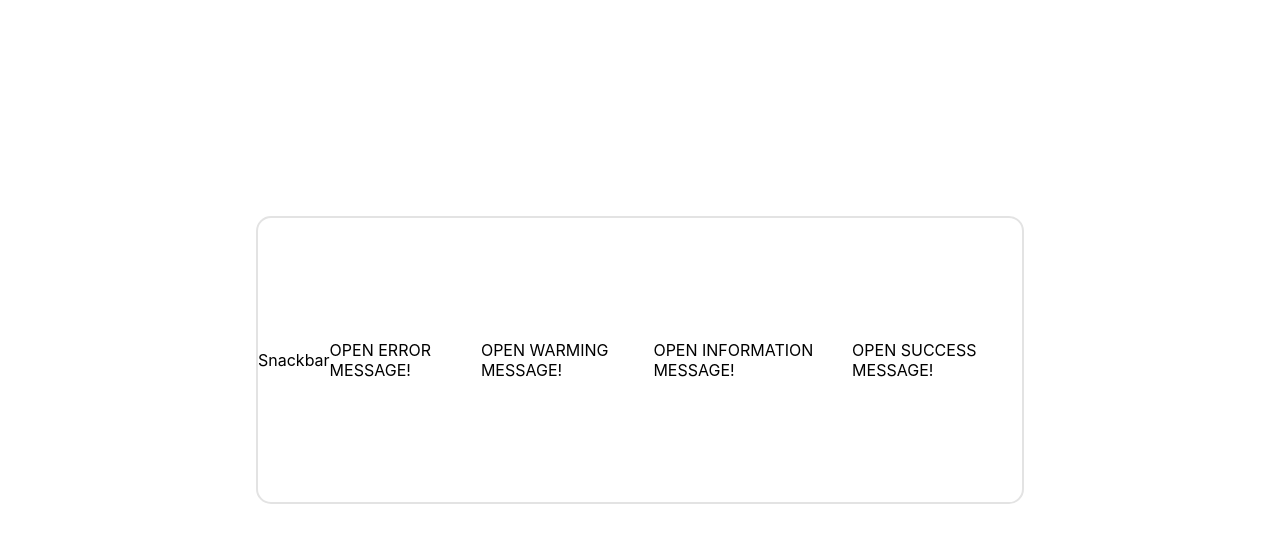
Repository: KrzysKolo/sr_tydzien5_zad2
Page: /
These files come from the project's save history. The page is drawn as it stood at one moment and after the next save; the edit follows.
The browser window is 1280 px wide. The pictures show the whole page.
The project was rebuilt for these pictures with package versions that can differ from the ones it lists, and the page was loaded fresh each time.

Above is the page before, as saved 2020-12-21 16:37:43.

### public/index.html
<!DOCTYPE html>
<html lang="en">
  <head>
    <meta charset="utf-8" />
    <link rel="icon" href="%PUBLIC_URL%/favicon.ico" />
    <meta name="viewport" content="width=device-width, initial-scale=1" />
    <meta name="theme-color" content="#000000" />
    <meta
      name="description"
      content="Web site created using create-react-app"
    />
    <link rel="apple-touch-icon" href="%PUBLIC_URL%/logo192.png" />
    <!--
      manifest.json provides metadata used when your web app is installed on a
      user's mobile device or desktop. See https://developers.google.com/web/fundamentals/web-app-manifest/
    -->
    <link rel="manifest" href="%PUBLIC_URL%/manifest.json" />
    <!--
      Notice the use of %PUBLIC_URL% in the tags above.
      It will be replaced with the URL of the `public` folder during the build.
      Only files inside the `public` folder can be referenced from the HTML.

      Unlike "/favicon.ico" or "favicon.ico", "%PUBLIC_URL%/favicon.ico" will
      work correctly both with client-side routing and a non-root public URL.
      Learn how to configure a non-root public URL by running `npm run build`.
    -->
    <title>Zad 2 - snackbar</title>
  </head>
  <body>
    <noscript>You need to enable JavaScript to run this app.</noscript>
    <div id="root"></div>
    <!--
      This HTML file is a template.
      If you open it directly in the browser, you will see an empty page.

      You can add webfonts, meta tags, or analytics to this file.
      The build step will place the bundled scripts into the <body> tag.

      To begin the development, run `npm start` or `yarn start`.
      To create a production bundle, use `npm run build` or `yarn build`.
    -->
  </body>
</html>

### src/App.js
import React from 'react';
import Buttons from './components/Buttons';
import './App.css';
const App = () => {
  return (
    <div className="wrapper--btn">
      Snackbar
      <Buttons />
    </div>
  )
}

export default App;

### src/components/Buttons.js
import React from 'react';
import PaletColors from './../colors/PaletColors';
import ButtonsData from './../data/ButtonsData';
import Button from './Button';

const Buttons = () => {
    return (
        <>
            {ButtonsData.map(button =>
                <Button key={button.id} data={button} />
            )}
        </>
    )
}

export default Buttons;

### src/App.css
* {
  box-sizing: border-box;
  margin: 0;
  position: relative;
}
body {
  width: 100vw;
  height: 100vh;
  display: flex;
  flex-direction: row;
  justify-content: center;
  align-items: center;
}
.wrapper--btn {
  border: 2px solid #e3e3e3;
  border-radius: 15px;
  width: 60vw;
  height: 40vh;
  display: flex;
  flex-direction: row;
  justify-content: center;
  align-items: center;
}

### src/colors/PaletColors.js
const PaletColors = {
    "red": "rgb(244, 67, 54)",
    "orange": "rgb(255, 152, 0)",
    "blue": "rgb(33, 150, 243)",
    "green": "rgb(76, 175, 80)",
    "maroon": "rgb(124, 0, 0)",
    "navy": "rgb(44, 44, 96)",
    "white": "rgb(240, 239, 244)",
    "black": "rgb(0, 0, 0)",
};

  export default PaletColors;

### src/data/ButtonsData.js
const ButtonsData = [
    {
      id: 0,
      name: "OPEN ERROR MESSAGE!",
      event: "handleClickError",
      color: "PaletColor.red",
      icon: "faExclanationCircle"
    },
    {
      id: 1,
      name: "OPEN WARMING MESSAGE!",
      event: "handleClickWarming",
      color: "PaletColor.orange",
      icon: "faExclanationTriangle",
    },
    {
      id: 2,
      name: "OPEN INFORMATION MESSAGE!",
      event: "handleClickInformation",
      color: "PaletColor.blue",
      icon: "faQuestionCircle",
    },
    {
      id: 3,
      name: "OPEN SUCCESS MESSAGE!",
      event: "handleClickSuccess",
      color: "PaletColor.green",
      icon: "faCheckCircle",
    },

  ]
 export default ButtonsData;

### src/components/Button.js
import React from 'react';
import PaletColors from './../colors/PaletColors';
import { FontAwesomeIcon } from '@fortawesome/react-fontawesome';
import {  } from '@fortawesome/free-solid-svg-icons';

const Button = ({data}) => {

    return (
        <div>
            <FontAwesomeIcon icon={data.icon} />{data.name}
        </div>
    )
}

export default Button;

Loaded but not shown: src/index.js (common file); src/index.css (common file)

After the next save:
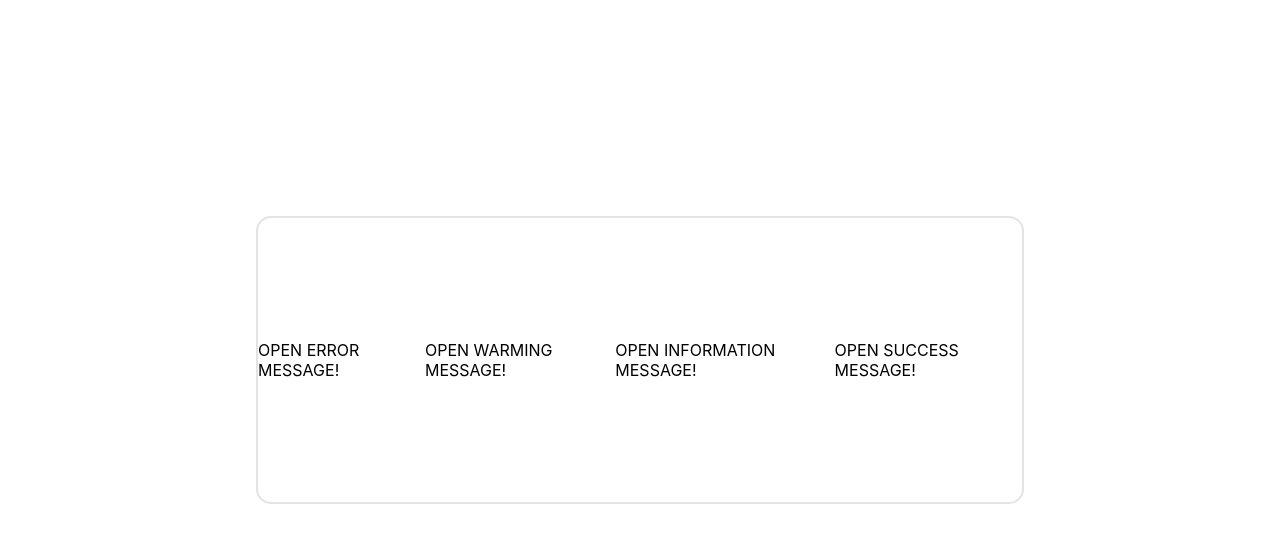
Saved 37 s later.
--- a/src/App.js
+++ b/src/App.js
@@ -4,7 +4,6 @@ import './App.css';
 const App = () => {
   return (
     <div className="wrapper--btn">
-      Snackbar
       <Buttons />
     </div>
   )
